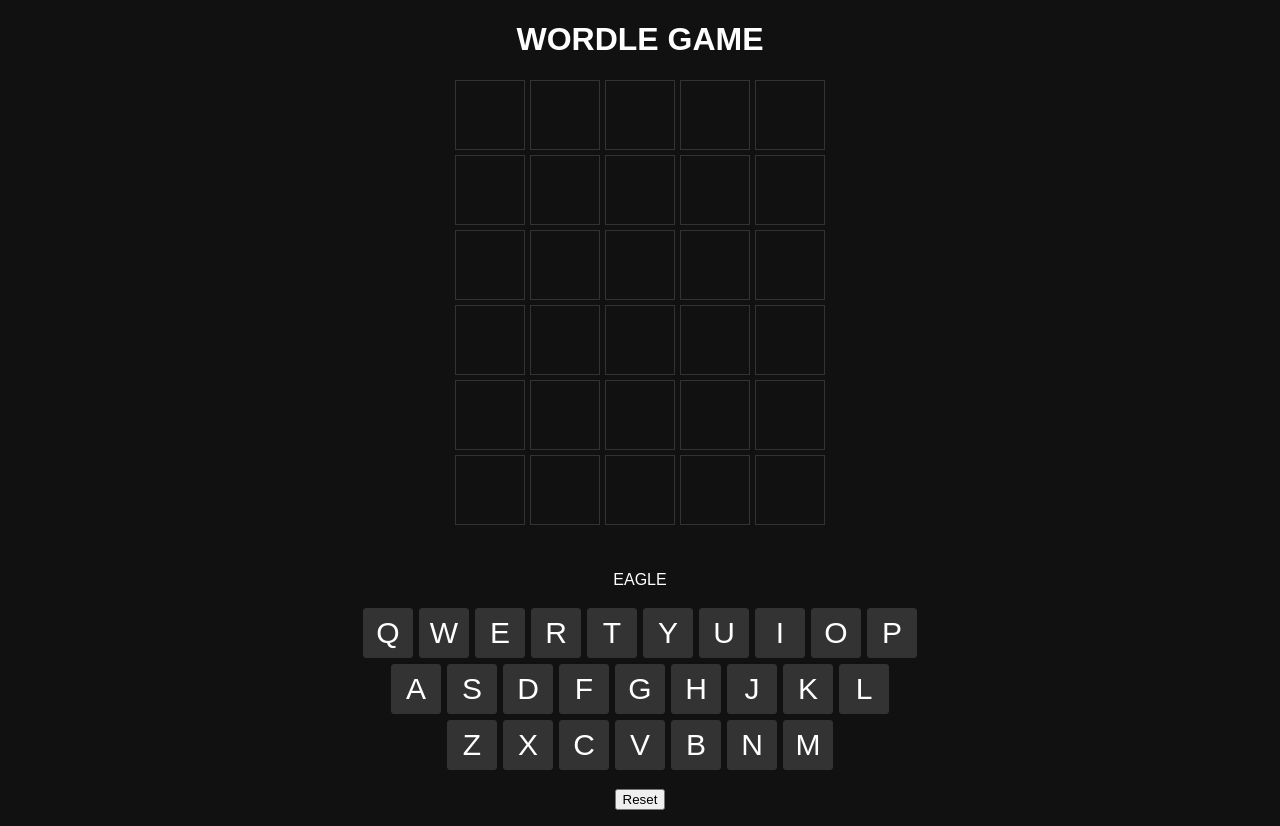
Repository: KarimIsaac/WorldeGame
Page: index.html
An editor plug-in stored every save of this project. The page is shown before and after the next save, followed by the edit.
The browser window is 1280 px wide. The pictures show the whole page.

Above is the page before, as saved 2022-03-13 06:33:21.

### index.html
<!DOCTYPE html>
<html lang="en">
<head>
    <meta charset="UTF-8">
    <meta http-equiv="X-UA-Compatible" content="IE=edge">
    <meta name="viewport" content="width=device-width, initial-scale=1.0">
    <title>Worlde Game</title>
    <link rel="stylesheet" href="style.css">
</head>
<body>
    <h1>Wordle Game</h1>
    <div id="grid"></div>
    <p id="answer"></p>
    <div id="keyboard"></div>

    <p>
      <button onClick="init()">Reset</button>
      </o>

      <script src="script.js"></script>
</body>
</html>

### style.css
html,
body {
  text-align: center;
  background: #111;
  color: white;
  text-transform: uppercase;
  font-family: sans-serif;
}

#grid {
  display: inline-grid;
  grid-template-rows: repeat(6, 70px);
  grid-template-columns: repeat(5, 70px);
  gap: 5px;
  margin-bottom: 30px;
}

#grid div {
  border: 1px solid #333;
  display: flex;
  align-items: center;
  justify-content: center;
  font-size: 40px;
}

#keyboard button {
  appearance: none;
  border: 1px solid #333;
  background: #333;
  color: white;
  font-size: 30px;
  display: inline-block;
  width: 50px;
  height: 50px;
  line-height: 1;
  margin: 3px;
  text-transform: uppercase;
  border-radius: 3px;
}

### script.js
const grid = document.getElementById("grid");
const keyboard = document.getElementById("keyboard");

let answer = "";

const words = ["spela", "äpple", "eagle", "bends"];

let attempts = [];
let currentAttempt = "";

function drawGrid() {
  grid.innerHTML = "";

  for (i = 0; i < 6; i++) {
    for (j = 0; j < 5; j++) {
      const cell = document.createElement("div");
      grid.appendChild(cell);
    }
  }
}

function drawKeyboard() {
  keyboard.innerHTML = "";

  renderKeyboardRow("qwertyuiop");
  renderKeyboardRow("asdfghjkl");
  renderKeyboardRow("zxcvbnm");
}

function renderKeyboardRow(chars) {
  const row = document.createElement("div");

  for (const c of chars) {
    const key = document.createElement("button");
    key.textContent = c;
    key.onclick = () => playLetter(c);

    row.appendChild(key);
  }

  keyboard.appendChild(row);
}

function renderAttempts() {
  for (i = 0; i < attempts.length; i++) {
    const attempt = attempts[i];

    for (j = 0; j < 5; j++) {
      const letter = attempt[j];

      cell = grid.children[i * 5 + j];
      cell.textContent = letter;

      if (letter === answer[j]) {
        cell.style.backgroundColor = "green";
      } else if (answer.includes(letter)) {
        cell.style.backgroundColor = "#bfbf2e";
      } else {
        cell.style.backgroundColor = "#000";
      }
    }
  }
}

function renderCurrentAttempt() {
  for (i = 0; i < 5; i++) {
    const letter = currentAttempt[i] || "";

    cell = grid.children[attempts.length * 5 + i];
    cell.textContent = letter;
  }
}

function playLetter(letter) {
  currentAttempt = currentAttempt + letter;

  renderCurrentAttempt();
}

function handleInput(e) {
  const key = e.key.toLowerCase();

  if (key === "enter" && currentAttempt.length === 5) {
    attempts.push(currentAttempt);
    currentAttempt = "";

    renderAttempts();
  }

  if (key === "backspace" && currentAttempt.length) {
    const letters = currentAttempt.split("");
    letters.pop();
    currentAttempt = letters.join("");

    renderCurrentAttempt();
  }

  if (/^[a-z]$/.test(key) && currentAttempt.length < 5) {
    playLetter(key);
  }
}

function init() {
  attempts = [];
  currentAttempt = "";

  answer = words[Math.floor(Math.random() * words.length)];

  document.getElementById("answer").textContent = answer;

  drawGrid();
  drawKeyboard();

  renderAttempts();
  renderCurrentAttempt();

  document.removeEventListener("keydown", handleInput);
  document.addEventListener("keydown", handleInput);
}

init();

After the next save:
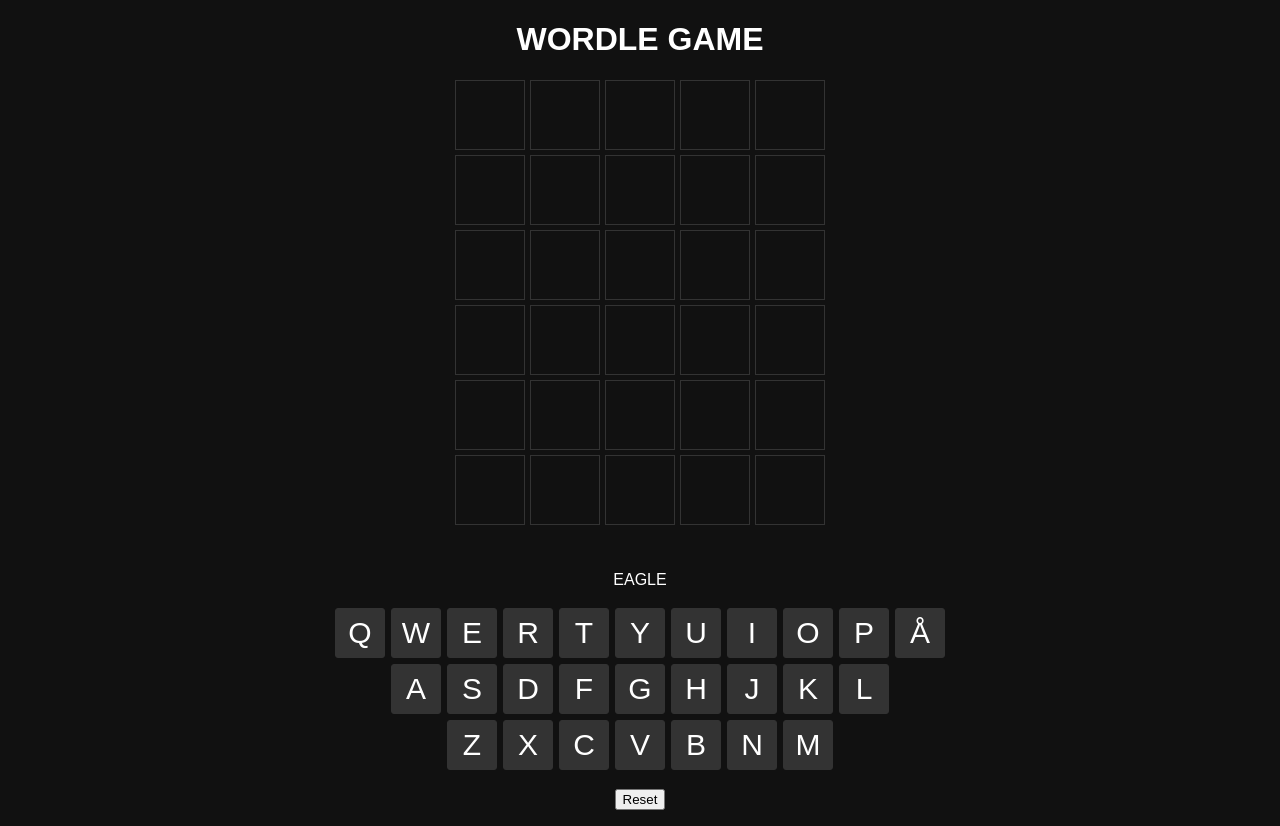
Saved 14 s later.
--- a/script.js
+++ b/script.js
@@ -22,7 +22,7 @@ function drawGrid() {
 function drawKeyboard() {
   keyboard.innerHTML = "";
 
-  renderKeyboardRow("qwertyuiop");
+  renderKeyboardRow("qwertyuiopå");
   renderKeyboardRow("asdfghjkl");
   renderKeyboardRow("zxcvbnm");
 }
